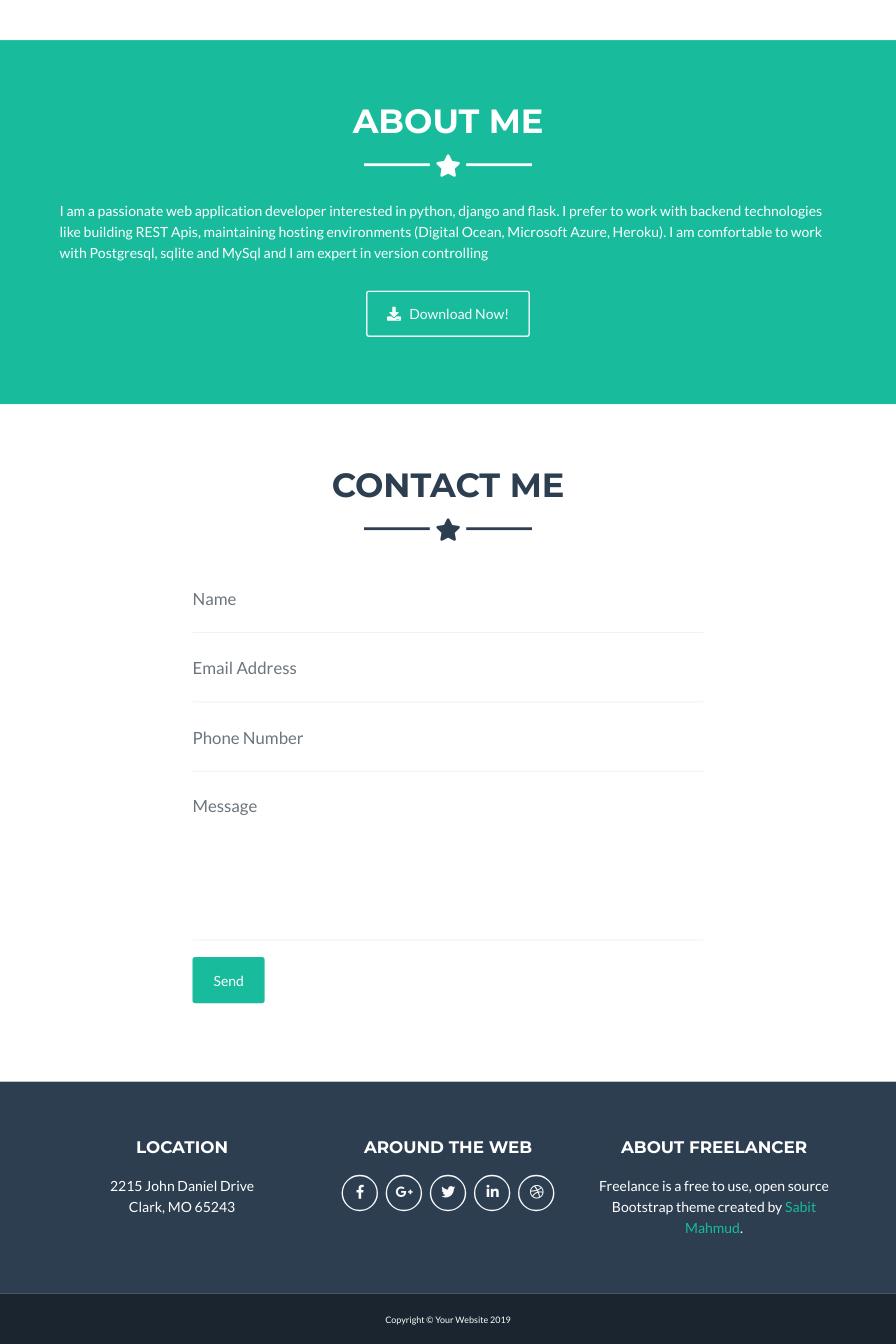
Repository: SabitDeepto/portfolio
Page: index.html
The author's editor kept a copy of each file at every save. The page is drawn from the files as they stood at one save, then again after the next save.
The browser window is 1280 px wide. The pictures show the part of the page from y = 1586 to 3506 px (the page is 3506 px tall before and 3416 px after), at 70% of full size.

Above is the page before, as saved 2019-04-04 23:23:44.

### index.html
<!DOCTYPE html>
<html lang="en">

<head>

  <meta charset="utf-8">
  <meta name="viewport" content="width=device-width, initial-scale=1, shrink-to-fit=no">
  <meta name="description" content="">
  <meta name="author" content="">

  <title>Sabit Mahmud</title>

  <!-- Bootstrap core CSS -->
  <link href="vendor/bootstrap/css/bootstrap.min.css" rel="stylesheet">

  <!-- Custom fonts for this template -->
  <link href="vendor/fontawesome-free/css/all.min.css" rel="stylesheet" type="text/css">
  <link href="https://fonts.googleapis.com/css?family=Montserrat:400,700" rel="stylesheet" type="text/css">
  <link href="https://fonts.googleapis.com/css?family=Lato:400,700,400italic,700italic" rel="stylesheet" type="text/css">

  <!-- Plugin CSS -->
  <link href="vendor/magnific-popup/magnific-popup.css" rel="stylesheet" type="text/css">

  <!-- Custom styles for this template -->
  <link href="css/freelancer.min.css" rel="stylesheet">

</head>

<body id="page-top">

  <!-- Navigation -->
  <nav class="navbar navbar-expand-lg bg-secondary fixed-top text-uppercase" id="mainNav">
    <div class="container">
      <!-- <a class="navbar-brand js-scroll-trigger" href="#page-top">Sabit Mahmud</a> -->
      <button class="navbar-toggler navbar-toggler-right text-uppercase bg-primary text-white rounded" type="button" data-toggle="collapse" data-target="#navbarResponsive" aria-controls="navbarResponsive" aria-expanded="false" aria-label="Toggle navigation">
        Menu
        <i class="fas fa-bars"></i>
      </button>
      <div class="collapse navbar-collapse" id="navbarResponsive">
        <ul class="navbar-nav ml-auto">
          <li class="nav-item mx-0 mx-lg-1">
            <a class="nav-link py-3 px-0 px-lg-3 rounded js-scroll-trigger" href="#portfolio">Portfolio</a>
          </li>
          <li class="nav-item mx-0 mx-lg-1">
            <a class="nav-link py-3 px-0 px-lg-3 rounded js-scroll-trigger" href="#about">About</a>
          </li>
          <li class="nav-item mx-0 mx-lg-1">
            <a class="nav-link py-3 px-0 px-lg-3 rounded js-scroll-trigger" href="#contact">Contact</a>
          </li>
        </ul>
      </div>
    </div>
  </nav>

  <!-- Header -->
  <header class="masthead bg-primary text-white text-center">
    <div class="container">
      <img class="img-fluid mb-5 d-block mx-auto" src="img/profile.png" alt="">
      <h1 class="text-uppercase mb-0">Sabit Mahmud</h1>
      <hr class="star-light">
      <h2 class="font-weight-light mb-0">Web Developer - Graphic Artist - User Experience Designer</h2>
    </div>
  </header>

  <!-- Portfolio Grid Section -->
  <section class="portfolio" id="portfolio">
    <div class="container">
      <h2 class="text-center text-uppercase text-secondary mb-0">Portfolio</h2>
      <hr class="star-dark mb-5">
      <div class="row">
        <div class="col-md-6 col-lg-4">
          <a class="portfolio-item d-block mx-auto" href="#portfolio-modal-1">
            <div class="portfolio-item-caption d-flex position-absolute h-100 w-100">
              <div class="portfolio-item-caption-content my-auto w-100 text-center text-white">
                <i class="fas fa-search-plus fa-3x"></i>
              </div>
            </div>
            <img class="img-fluid" src="img/portfolio/cabin.png" alt="">
          </a>
        </div>
        <div class="col-md-6 col-lg-4">
          <a class="portfolio-item d-block mx-auto" href="#portfolio-modal-2">
            <div class="portfolio-item-caption d-flex position-absolute h-100 w-100">
              <div class="portfolio-item-caption-content my-auto w-100 text-center text-white">
                <i class="fas fa-search-plus fa-3x"></i>
              </div>
            </div>
            <img class="img-fluid" src="img/portfolio/cake.png" alt="">
          </a>
        </div>
        <div class="col-md-6 col-lg-4">
          <a class="portfolio-item d-block mx-auto" href="#portfolio-modal-3">
            <div class="portfolio-item-caption d-flex position-absolute h-100 w-100">
              <div class="portfolio-item-caption-content my-auto w-100 text-center text-white">
                <i class="fas fa-search-plus fa-3x"></i>
              </div>
            </div>
            <img class="img-fluid" src="img/portfolio/circus.png" alt="">
          </a>
        </div>
        <div class="col-md-6 col-lg-4">
          <a class="portfolio-item d-block mx-auto" href="#portfolio-modal-4">
            <div class="portfolio-item-caption d-flex position-absolute h-100 w-100">
              <div class="portfolio-item-caption-content my-auto w-100 text-center text-white">
                <i class="fas fa-search-plus fa-3x"></i>
              </div>
            </div>
            <img class="img-fluid" src="img/portfolio/game.png" alt="">
          </a>
        </div>
        <div class="col-md-6 col-lg-4">
          <a class="portfolio-item d-block mx-auto" href="#portfolio-modal-5">
            <div class="portfolio-item-caption d-flex position-absolute h-100 w-100">
              <div class="portfolio-item-caption-content my-auto w-100 text-center text-white">
                <i class="fas fa-search-plus fa-3x"></i>
              </div>
            </div>
            <img class="img-fluid" src="img/portfolio/safe.png" alt="">
          </a>
        </div>
        <div class="col-md-6 col-lg-4">
          <a class="portfolio-item d-block mx-auto" href="#portfolio-modal-6">
            <div class="portfolio-item-caption d-flex position-absolute h-100 w-100">
              <div class="portfolio-item-caption-content my-auto w-100 text-center text-white">
                <i class="fas fa-search-plus fa-3x"></i>
              </div>
            </div>
            <img class="img-fluid" src="img/portfolio/submarine.png" alt="">
          </a>
        </div>
      </div>
    </div>
  </section>

  <!-- About Section -->
  <section class="bg-primary text-white mb-0" id="about">
    <div class="container">
      <h2 class="text-center text-uppercase text-white">About Me</h2>
      <hr class="star-light mb-5">
      <div class="row">
        <div class="col-lg-12 ml-auto">
          <p class="lead">
            I am a passionate web application developer interested in python, django and flask. I prefer to work with backend technologies like building REST Apis, maintaining hosting environments (Digital Ocean, Microsoft Azure, Heroku). I am comfortable to work with Postgresql, sqlite and MySql and I am expert in version controlling
          </p>
        </div>

      </div>
      <div class="text-center mt-4">
        <a class="btn btn-xl btn-outline-light" href="#">
          <i class="fas fa-download mr-2"></i>
          Download Now!
        </a>
      </div>
    </div>
  </section>

  <!-- Contact Section -->
  <section id="contact">
    <div class="container">
      <h2 class="text-center text-uppercase text-secondary mb-0">Contact Me</h2>
      <hr class="star-dark mb-5">
      <div class="row">
        <div class="col-lg-8 mx-auto">
          <!-- To configure the contact form email address, go to mail/contact_me.php and update the email address in the PHP file on line 19. -->
          <!-- The form should work on most web servers, but if the form is not working you may need to configure your web server differently. -->
          <form name="sentMessage" id="contactForm" novalidate="novalidate">
            <div class="control-group">
              <div class="form-group floating-label-form-group controls mb-0 pb-2">
                <label>Name</label>
                <input class="form-control" id="name" type="text" placeholder="Name" required="required" data-validation-required-message="Please enter your name.">
                <p class="help-block text-danger"></p>
              </div>
            </div>
            <div class="control-group">
              <div class="form-group floating-label-form-group controls mb-0 pb-2">
                <label>Email Address</label>
                <input class="form-control" id="email" type="email" placeholder="Email Address" required="required" data-validation-required-message="Please enter your email address.">
                <p class="help-block text-danger"></p>
              </div>
            </div>
            <div class="control-group">
              <div class="form-group floating-label-form-group controls mb-0 pb-2">
                <label>Phone Number</label>
                <input class="form-control" id="phone" type="tel" placeholder="Phone Number" required="required" data-validation-required-message="Please enter your phone number.">
                <p class="help-block text-danger"></p>
              </div>
            </div>
            <div class="control-group">
              <div class="form-group floating-label-form-group controls mb-0 pb-2">
                <label>Message</label>
                <textarea class="form-control" id="message" rows="5" placeholder="Message" required="required" data-validation-required-message="Please enter a message."></textarea>
                <p class="help-block text-danger"></p>
              </div>
            </div>
            <br>
            <div id="success"></div>
            <div class="form-group">
              <button type="submit" class="btn btn-primary btn-xl" id="sendMessageButton">Send</button>
            </div>
          </form>
        </div>
      </div>
    </div>
  </section>

  <!-- Footer -->
  <footer class="footer text-center">
    <div class="container">
      <div class="row">
        <div class="col-md-4 mb-5 mb-lg-0">
          <h4 class="text-uppercase mb-4">Location</h4>
          <p class="lead mb-0">2215 John Daniel Drive
            <br>Clark, MO 65243</p>
        </div>
        <div class="col-md-4 mb-5 mb-lg-0">
          <h4 class="text-uppercase mb-4">Around the Web</h4>
          <ul class="list-inline mb-0">
            <li class="list-inline-item">
              <a class="btn btn-outline-light btn-social text-center rounded-circle" href="#">
                <i class="fab fa-fw fa-facebook-f"></i>
              </a>
            </li>
            <li class="list-inline-item">
              <a class="btn btn-outline-light btn-social text-center rounded-circle" href="#">
                <i class="fab fa-fw fa-google-plus-g"></i>
              </a>
            </li>
            <li class="list-inline-item">
              <a class="btn btn-outline-light btn-social text-center rounded-circle" href="#">
                <i class="fab fa-fw fa-twitter"></i>
              </a>
            </li>
            <li class="list-inline-item">
              <a class="btn btn-outline-light btn-social text-center rounded-circle" href="#">
                <i class="fab fa-fw fa-linkedin-in"></i>
              </a>
            </li>
            <li class="list-inline-item">
              <a class="btn btn-outline-light btn-social text-center rounded-circle" href="#">
                <i class="fab fa-fw fa-dribbble"></i>
              </a>
            </li>
          </ul>
        </div>
        <div class="col-md-4">
          <h4 class="text-uppercase mb-4">About Freelancer</h4>
          <p class="lead mb-0">Freelance is a free to use, open source Bootstrap theme created by
            <a href="http://startbootstrap.com">Sabit Mahmud</a>.</p>
        </div>
      </div>
    </div>
  </footer>

  <div class="copyright py-4 text-center text-white">
    <div class="container">
      <small>Copyright &copy; Your Website 2019</small>
    </div>
  </div>

  <!-- Scroll to Top Button (Only visible on small and extra-small screen sizes) -->
  <div class="scroll-to-top d-lg-none position-fixed ">
    <a class="js-scroll-trigger d-block text-center text-white rounded" href="#page-top">
      <i class="fa fa-chevron-up"></i>
    </a>
  </div>

  <!-- Portfolio Modals -->

  <!-- Portfolio Modal 1 -->
  <div class="portfolio-modal mfp-hide" id="portfolio-modal-1">
    <div class="portfolio-modal-dialog bg-white">
      <a class="close-button d-none d-md-block portfolio-modal-dismiss" href="#">
        <i class="fa fa-3x fa-times"></i>
      </a>
      <div class="container text-center">
        <div class="row">
          <div class="col-lg-8 mx-auto">
            <h2 class="text-secondary text-uppercase mb-0">Project Name</h2>
            <hr class="star-dark mb-5">
            <img class="img-fluid mb-5" src="img/portfolio/cabin.png" alt="">
            <p class="mb-5">Lorem ipsum dolor sit amet, consectetur adipisicing elit. Mollitia neque assumenda ipsam nihil, molestias magnam, recusandae quos quis inventore quisquam velit asperiores, vitae? Reprehenderit soluta, eos quod consequuntur itaque. Nam.</p>
            <a class="btn btn-primary btn-lg rounded-pill portfolio-modal-dismiss" href="#">
              <i class="fa fa-close"></i>
              Close Project</a>
          </div>
        </div>
      </div>
    </div>
  </div>

  <!-- Portfolio Modal 2 -->
  <div class="portfolio-modal mfp-hide" id="portfolio-modal-2">
    <div class="portfolio-modal-dialog bg-white">
      <a class="close-button d-none d-md-block portfolio-modal-dismiss" href="#">
        <i class="fa fa-3x fa-times"></i>
      </a>
      <div class="container text-center">
        <div class="row">
          <div class="col-lg-8 mx-auto">
            <h2 class="text-secondary text-uppercase mb-0">Project Name</h2>
            <hr class="star-dark mb-5">
            <img class="img-fluid mb-5" src="img/portfolio/cake.png" alt="">
            <p class="mb-5">Lorem ipsum dolor sit amet, consectetur adipisicing elit. Mollitia neque assumenda ipsam nihil, molestias magnam, recusandae quos quis inventore quisquam velit asperiores, vitae? Reprehenderit soluta, eos quod consequuntur itaque. Nam.</p>
            <a class="btn btn-primary btn-lg rounded-pill portfolio-modal-dismiss" href="#">
              <i class="fa fa-close"></i>
              Close Project</a>
          </div>
        </div>
      </div>
    </div>
  </div>

  <!-- Portfolio Modal 3 -->
  <div class="portfolio-modal mfp-hide" id="portfolio-modal-3">
    <div class="portfolio-modal-dialog bg-white">
      <a class="close-button d-none d-md-block portfolio-modal-dismiss" href="#">
        <i class="fa fa-3x fa-times"></i>
      </a>
      <div class="container text-center">
        <div class="row">
          <div class="col-lg-8 mx-auto">
            <h2 class="text-secondary text-uppercase mb-0">Project Name</h2>
            <hr class="star-dark mb-5">
            <img class="img-fluid mb-5" src="img/portfolio/circus.png" alt="">
            <p class="mb-5">Lorem ipsum dolor sit amet, consectetur adipisicing elit. Mollitia neque assumenda ipsam nihil, molestias magnam, recusandae quos quis inventore quisquam velit asperiores, vitae? Reprehenderit soluta, eos quod consequuntur itaque. Nam.</p>
            <a class="btn btn-primary btn-lg rounded-pill portfolio-modal-dismiss" href="#">
              <i class="fa fa-close"></i>
              Close Project</a>
          </div>
        </div>
      </div>
    </div>
  </div>

  <!-- Portfolio Modal 4 -->
  <div class="portfolio-modal mfp-hide" id="portfolio-modal-4">
    <div class="portfolio-modal-dialog bg-white">
      <a class="close-button d-none d-md-block portfolio-modal-dismiss" href="#">
        <i class="fa fa-3x fa-times"></i>
      </a>
      <div class="container text-center">
        <div class="row">
          <div class="col-lg-8 mx-auto">
            <h2 class="text-secondary text-uppercase mb-0">Project Name</h2>
            <hr class="star-dark mb-5">
            <img class="img-fluid mb-5" src="img/portfolio/game.png" alt="">
            <p class="mb-5">Lorem ipsum dolor sit amet, consectetur adipisicing elit. Mollitia neque assumenda ipsam nihil, molestias magnam, recusandae quos quis inventore quisquam velit asperiores, vitae? Reprehenderit soluta, eos quod consequuntur itaque. Nam.</p>
            <a class="btn btn-primary btn-lg rounded-pill portfolio-modal-dismiss" href="#">
              <i class="fa fa-close"></i>
              Close Project</a>
          </div>
        </div>
      </div>
    </div>
  </div>

  <!-- Portfolio Modal 5 -->
  <div class="portfolio-modal mfp-hide" id="portfolio-modal-5">
    <div class="portfolio-modal-dialog bg-white">
      <a class="close-button d-none d-md-block portfolio-modal-dismiss" href="#">
        <i class="fa fa-3x fa-times"></i>
      </a>
      <div class="container text-center">
        <div class="row">
          <div class="col-lg-8 mx-auto">
            <h2 class="text-secondary text-uppercase mb-0">Project Name</h2>
            <hr class="star-dark mb-5">
            <img class="img-fluid mb-5" src="img/portfolio/safe.png" alt="">
            <p class="mb-5">Lorem ipsum dolor sit amet, consectetur adipisicing elit. Mollitia neque assumenda ipsam nihil, molestias magnam, recusandae quos quis inventore quisquam velit asperiores, vitae? Reprehenderit soluta, eos quod consequuntur itaque. Nam.</p>
            <a class="btn btn-primary btn-lg rounded-pill portfolio-modal-dismiss" href="#">
              <i class="fa fa-close"></i>
              Close Project</a>
          </div>
        </div>
      </div>
    </div>
  </div>

  <!-- Portfolio Modal 6 -->
  <div class="portfolio-modal mfp-hide" id="portfolio-modal-6">
    <div class="portfolio-modal-dialog bg-white">
      <a class="close-button d-none d-md-block portfolio-modal-dismiss" href="#">
        <i class="fa fa-3x fa-times"></i>
      </a>
      <div class="container text-center">
        <div class="row">
          <div class="col-lg-8 mx-auto">
            <h2 class="text-secondary text-uppercase mb-0">Project Name</h2>
            <hr class="star-dark mb-5">
            <img class="img-fluid mb-5" src="img/portfolio/submarine.png" alt="">
            <p class="mb-5">Lorem ipsum dolor sit amet, consectetur adipisicing elit. Mollitia neque assumenda ipsam nihil, molestias magnam, recusandae quos quis inventore quisquam velit asperiores, vitae? Reprehenderit soluta, eos quod consequuntur itaque. Nam.</p>
            <a class="btn btn-primary btn-lg rounded-pill portfolio-modal-dismiss" href="#">
              <i class="fa fa-close"></i>
              Close Project</a>
          </div>
        </div>
      </div>
    </div>
  </div>

  <!-- Bootstrap core JavaScript -->
  <script src="vendor/jquery/jquery.min.js"></script>
  <script src="vendor/bootstrap/js/bootstrap.bundle.min.js"></script>

  <!-- Plugin JavaScript -->
  <script src="vendor/jquery-easing/jquery.easing.min.js"></script>
  <script src="vendor/magnific-popup/jquery.magnific-popup.min.js"></script>

  <!-- Contact Form JavaScript -->
  <script src="js/jqBootstrapValidation.js"></script>
  <script src="js/contact_me.js"></script>

  <!-- Custom scripts for this template -->
  <script src="js/freelancer.min.js"></script>

</body>

</html>

### js/contact_me.js
$(function() {

  $("#contactForm input,#contactForm textarea").jqBootstrapValidation({
    preventSubmit: true,
    submitError: function($form, event, errors) {
      // additional error messages or events
    },
    submitSuccess: function($form, event) {
      event.preventDefault(); // prevent default submit behaviour
      // get values from FORM
      var name = $("input#name").val();
      var email = $("input#email").val();
      var phone = $("input#phone").val();
      var message = $("textarea#message").val();
      var firstName = name; // For Success/Failure Message
      // Check for white space in name for Success/Fail message
      if (firstName.indexOf(' ') >= 0) {
        firstName = name.split(' ').slice(0, -1).join(' ');
      }
      $this = $("#sendMessageButton");
      $this.prop("disabled", true); // Disable submit button until AJAX call is complete to prevent duplicate messages
      $.ajax({
        url: "././mail/contact_me.php",
        type: "POST",
        data: {
          name: name,
          phone: phone,
          email: email,
          message: message
        },
        cache: false,
        success: function() {
          // Success message
          $('#success').html("<div class='alert alert-success'>");
          $('#success > .alert-success').html("<button type='button' class='close' data-dismiss='alert' aria-hidden='true'>&times;")
            .append("</button>");
          $('#success > .alert-success')
            .append("<strong>Your message has been sent. </strong>");
          $('#success > .alert-success')
            .append('</div>');
          //clear all fields
          $('#contactForm').trigger("reset");
        },
        error: function() {
          // Fail message
          $('#success').html("<div class='alert alert-danger'>");
          $('#success > .alert-danger').html("<button type='button' class='close' data-dismiss='alert' aria-hidden='true'>&times;")
            .append("</button>");
          $('#success > .alert-danger').append($("<strong>").text("Sorry " + firstName + ", it seems that my mail server is not responding. Please try again later!"));
          $('#success > .alert-danger').append('</div>');
          //clear all fields
          $('#contactForm').trigger("reset");
        },
        complete: function() {
          setTimeout(function() {
            $this.prop("disabled", false); // Re-enable submit button when AJAX call is complete
          }, 1000);
        }
      });
    },
    filter: function() {
      return $(this).is(":visible");
    },
  });

  $("a[data-toggle=\"tab\"]").click(function(e) {
    e.preventDefault();
    $(this).tab("show");
  });
});

/*When clicking on Full hide fail/success boxes */
$('#name').focus(function() {
  $('#success').html('');
});

Loaded but not shown: vendor/bootstrap/css/bootstrap.min.css (library); vendor/fontawesome-free/css/all.min.css (library); vendor/magnific-popup/magnific-popup.css (library); css/freelancer.min.css (library); vendor/jquery/jquery.min.js (library); vendor/bootstrap/js/bootstrap.bundle.min.js (library); vendor/jquery-easing/jquery.easing.min.js (common file); vendor/magnific-popup/jquery.magnific-popup.min.js (library); js/freelancer.min.js (common file); js/jqBootstrapValidation.js (912 lines, source omitted)

After the next save:
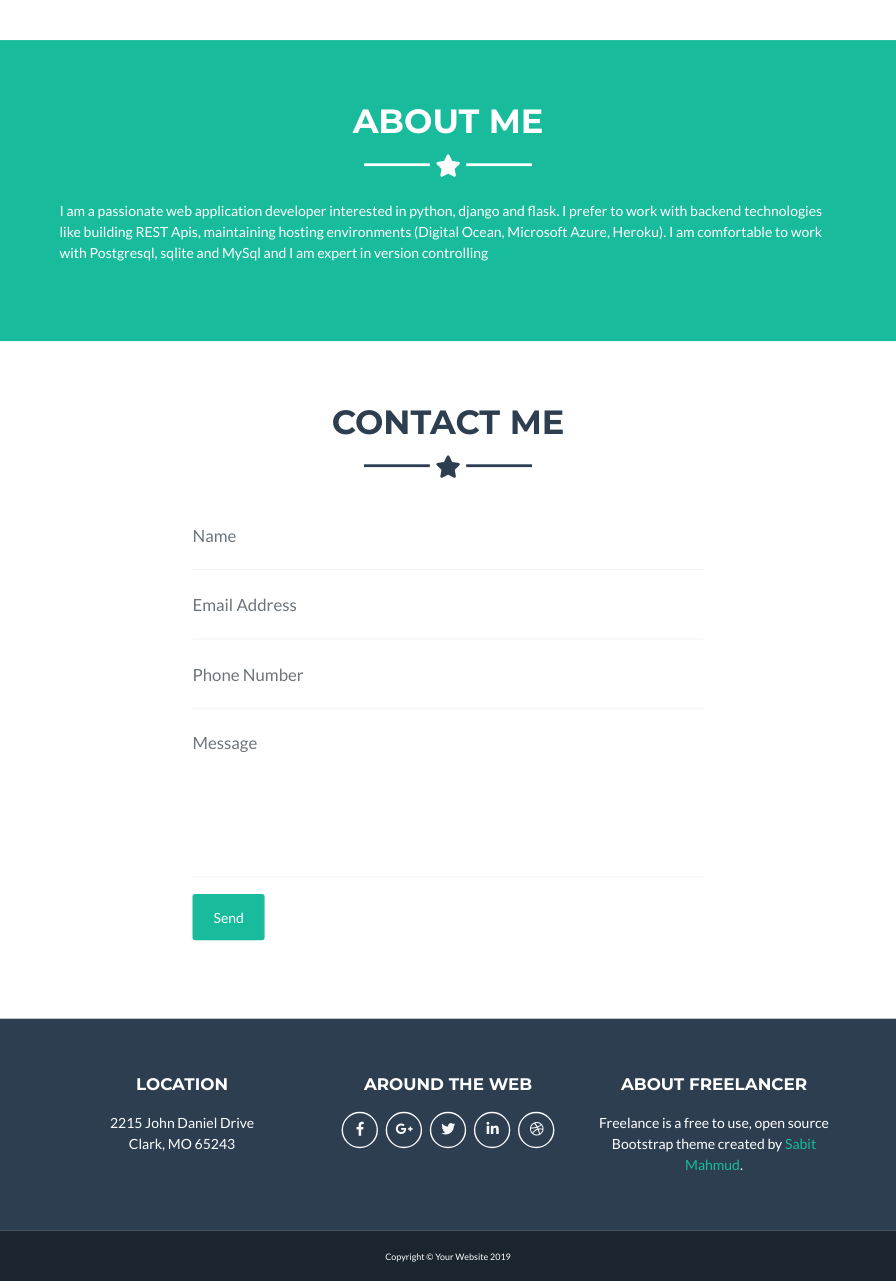
Saved 31 s later.
--- a/index.html
+++ b/index.html
@@ -145,13 +145,13 @@
         </div>
 
       </div>
-      <div class="text-center mt-4">
+      <!-- <div class="text-center mt-4">
         <a class="btn btn-xl btn-outline-light" href="#">
           <i class="fas fa-download mr-2"></i>
           Download Now!
         </a>
       </div>
-    </div>
+    </div> -->
   </section>
 
   <!-- Contact Section -->
